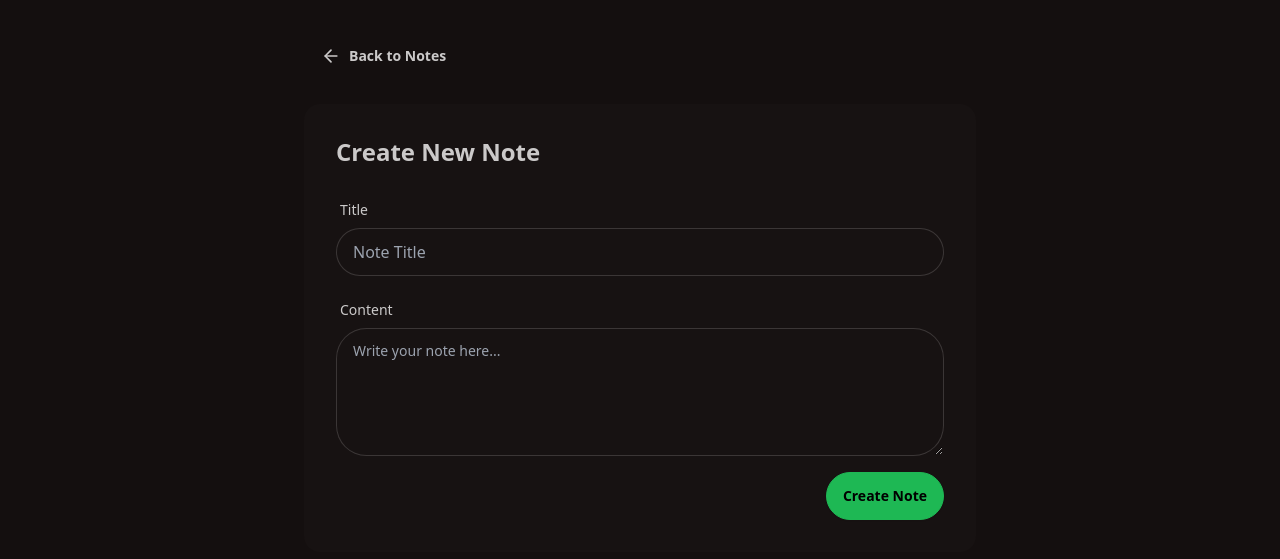
Repository: Harsha201105/ThinkBoard
Page: /create (app in frontend/)
The author's editor kept a copy of each file at every save. The page is drawn from the files as they stood at one save, then again after the next save.
The browser window is 1280 px wide. The pictures show the whole page.
The project was rebuilt for these pictures with package versions that can differ from the ones it lists, and the page was loaded fresh each time. Also part of the build but not shown: frontend/vite.config.js, frontend/src/components/NavBar.jsx, frontend/src/components/RateLimitedUI.jsx, frontend/src/components/NoteCard.jsx, frontend/src/pages/HomePage.jsx, frontend/src/pages/NoteDetailPage.jsx.

Above is the page before, as saved 2025-09-07 22:37:15.

### frontend/src/main.jsx
import { StrictMode } from 'react'
import { createRoot } from 'react-dom/client'
import './index.css'
import App from './App.jsx'
import { BrowserRouter } from 'react-router-dom'
import {Toaster} from 'react-hot-toast'

createRoot(document.getElementById('root')).render(
  <StrictMode>
    <BrowserRouter>
      <App />
      <Toaster />
    </BrowserRouter>
  </StrictMode>
)

### frontend/src/App.jsx
import React from 'react'
import HomePage from './pages/HomePage.jsx'
import CreatePage from './pages/CreatePage.jsx'
import NoteDetailPage from './pages/NoteDetailPage.jsx'
import { Routes, Route } from 'react-router-dom'
// import toast from 'react-hot-toast'
// import {Toaster} from 'react-hot-toast'

const App = () => {
  return (
    <div className="relative h-full w-full" data-theme="forest">
      <div className='absolute inset-0 -z-10 h-full w-full items-center px-5 py-24 [background:radial-gradient(125%_125%_at_50%_10%,#000_60%,#00FF9D40_100%)]' />
      <Routes>
        <Route path="/" element={<HomePage />} />
        <Route path="/create" element={<CreatePage />} />
        <Route path="/note/:id" element={<NoteDetailPage />} />
      </Routes>
    </div>
  )
};

export default App

### frontend/src/pages/CreatePage.jsx
import React from 'react'
import { useState } from 'react'
import { Link, useNavigate } from 'react-router-dom'
import { ArrowLeftIcon } from 'lucide-react'
import toast from 'react-hot-toast'
import axios from 'axios'

const CreatePage = () => {

  const [title,setTitle]=useState("");
  const [content,setContent]=useState("");
  const [loading,setLoading]=useState(false);
  const navigate = useNavigate();

  const handleSubmit = async (e)=>{
    e.preventDefault();
    if(!title.trim() || !content.trim()){
      toast.error("All fields are required");
      return;
    }
    setLoading(true);
    try{
      await axios.post("http://localhost:5001/api/notes",{
        title,
        content
      })
      toast.success("Note created successfully!")
      navigate("/")

    }
    catch(error){
      console.log("Error creating note:", error);
      if(error.response.status === 429){
        console.log("Rate limit hit!");
        toast.error("Slow down! You're creating notes too fast", {
          duration: 4000,
          icon: "⏳",
          position: "top-center"
        });
      } else {
        console.log("Other error:", error.response?.data);
        toast.error(error.response?.data?.message || 'Failed to create note');
      }
    }finally{
      setLoading(false)
    }
  }
  return <div className='min-h-screen bg-base-200'>
    <div className='container mx-auto px-4 py-8'>
    <div className='max-w-2xl mx-auto'>
      <Link to={"/"} className="btn btn-ghost mb-6">
      <ArrowLeftIcon className='size-5'/>
      Back to Notes
      </Link>
      <div className='card bg-base-100'>
        <div className='card-body'>
          <h2 className='card-title text-2xl mb-4'>Create New Note</h2>
          <form onSubmit={handleSubmit}>
            <div className='form-control mb-4'>
              <label className='label'>
                <span className='label-text'>Title</span>
              </label>
              <input type="text"
              placeholder='Note Title'
              className='input input-bordered'
              value={title}
              onChange={(e)=>setTitle(e.target.value)}
              />
            </div>
            <div className='form-control mb-4'>
              <label className='label'>
                <span className='label-text'>Content</span>
              </label>
              <textarea
              placeholder='Write your note here...'
              className='textarea textarea-bordered h-32'
              value={content}
              onChange={(e)=>setContent(e.target.value)}
              />
            </div>
            <div className='card-actions justify-end'>
              <button type='submit' className='btn btn-primary' disabled={loading}>
                {loading? "Creating...":"Create Note"}
              </button>
            </div>
          </form>
       </div>
    </div>
  </div>
</div>
</div>

}


export default CreatePage

### frontend/tailwind.config.js
import daisyui from 'daisyui';

/** @type {import('tailwindcss').Config} */
export default {
  content: [
    "./index.html",
    "./src/**/*.{js,ts,jsx,tsx}",
  ],
  theme: {
    extend: {},
  },
  plugins: [daisyui],
  daisyui:{
    themes:["forest"]
  }
}

Loaded but not shown: frontend/index.html (common file); frontend/src/index.css (common file)

After the next save:
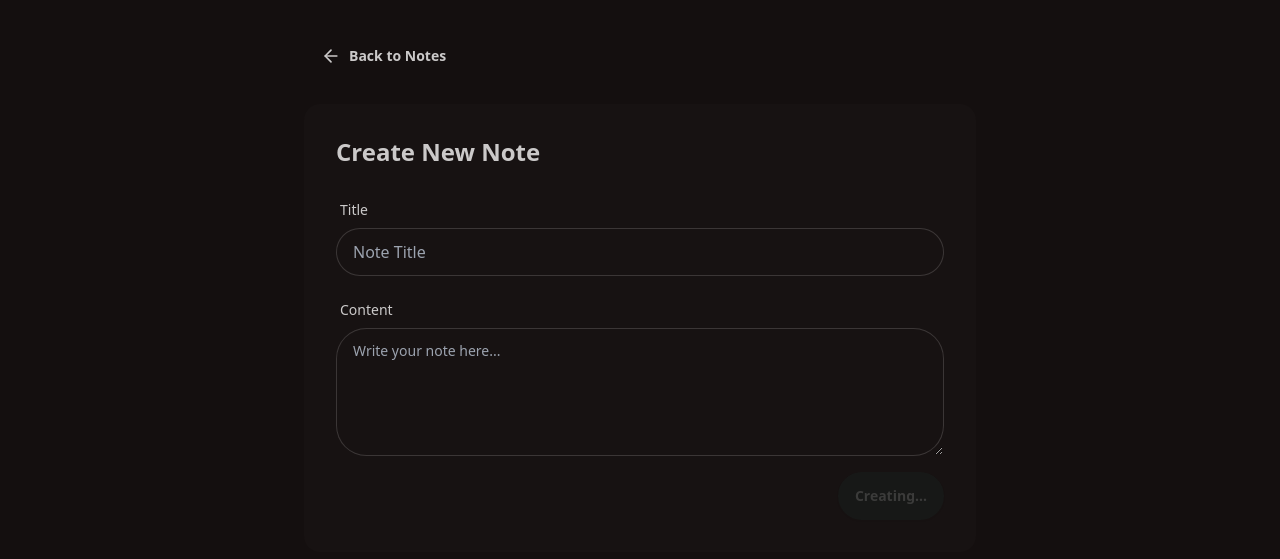
Saved 10 h 39 min later.
--- a/frontend/src/pages/CreatePage.jsx
+++ b/frontend/src/pages/CreatePage.jsx
@@ -9,7 +9,7 @@
 
   const [title,setTitle]=useState("");
   const [content,setContent]=useState("");
-  const [loading,setLoading]=useState(false);
+  const [loading,setLoading]=useState(true);
   const navigate = useNavigate();
 
   const handleSubmit = async (e)=>{

After the save that followed:
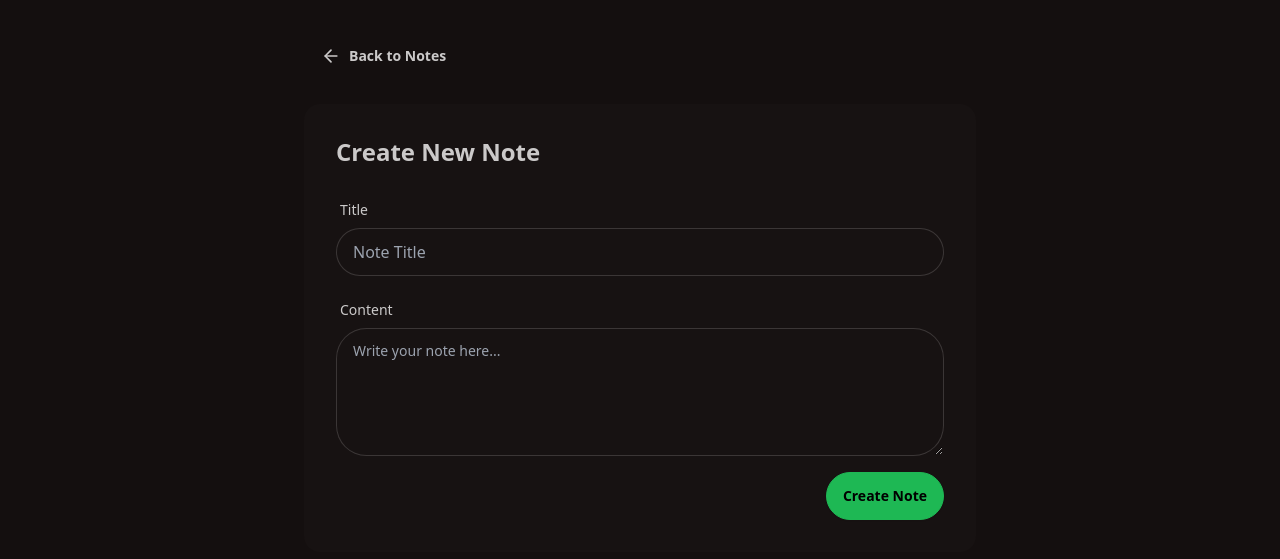
Saved 16 s later.
--- a/frontend/src/pages/CreatePage.jsx
+++ b/frontend/src/pages/CreatePage.jsx
@@ -9,7 +9,7 @@
 
   const [title,setTitle]=useState("");
   const [content,setContent]=useState("");
-  const [loading,setLoading]=useState(true);
+  const [loading,setLoading]=useState(false);
   const navigate = useNavigate();
 
   const handleSubmit = async (e)=>{
